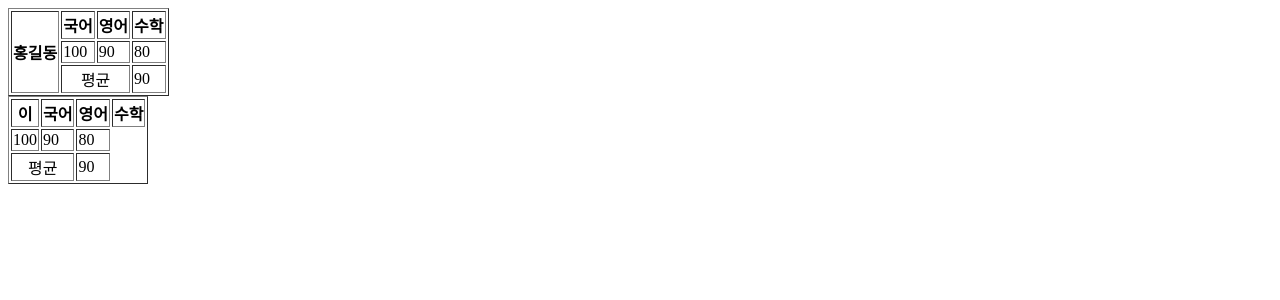
Repository: usonihs/StudyX
Page: JSP/HTML/src/main/webapp/Lec04.html
The author's editor kept a copy of each file at every save. The page is drawn from the files as they stood at one save, then again after a run of saves.
The browser window is 1280 px wide. The pictures show the whole page.

Above is the page before, as saved 2022-10-19 05:11:45.

After the next 2 saves:
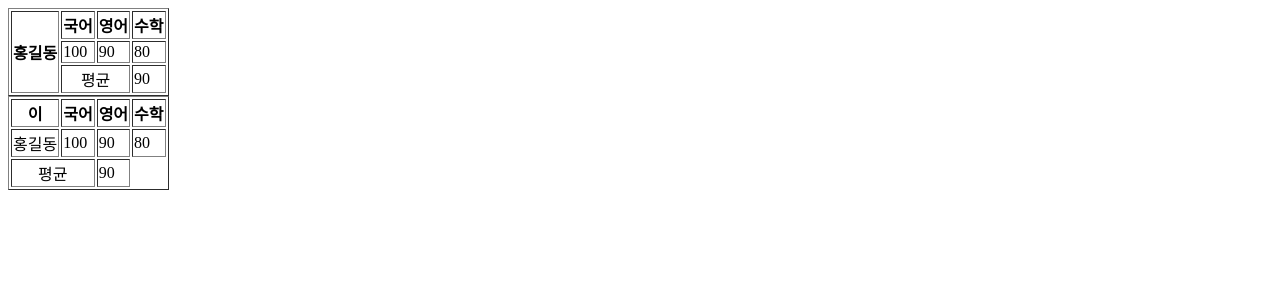
The 2 saves are shown as one change because they came seconds apart.
The last was saved 19 s later.
--- a/JSP/HTML/src/main/webapp/Lec04.html
+++ b/JSP/HTML/src/main/webapp/Lec04.html
@@ -31,6 +31,7 @@
 			<th>수학</th>
 		</tr>
 		<tr>
+			<td>홍길동</td>
 			<td>100</td>
 			<td>90</td>
 			<td>80</td>
